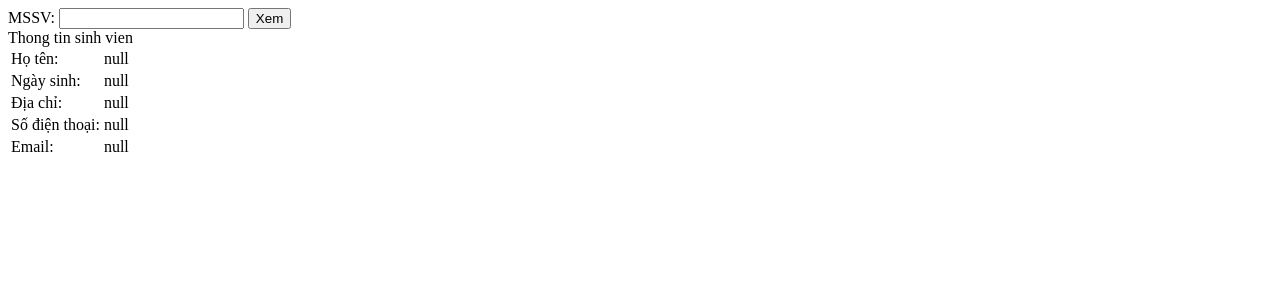
Repository: datntlocalhost/StudenManagerMVC
Page: http://localhost/StudentManagerMVC/view/studenInfo.jsp
These files come from the project's save history. The page is drawn as it stood at one moment and after a run of saves; the edit follows.
The browser window is 1280 px wide. The pictures show the whole page.
The page is served by Tomcat 9. Other server files are loaded and not shown. The template is opened directly, without the code that normally fills it, so the values that code supplies are empty.

Above is the page before, as saved 2018-07-19 10:11:42.

### StudentManagerMVC/WebContent/view/studenInfo.jsp
<%@ page language="java" contentType="text/html; charset=UTF-8"
    pageEncoding="UTF-8"%>
<!DOCTYPE html PUBLIC "-//W3C//DTD HTML 4.01 Transitional//EN" "http://www.w3.org/TR/html4/loose.dtd">
<html>
<head>
<meta http-equiv="Content-Type" content="text/html; charset=UTF-8">
<title>Insert title here</title>
</head>
<body>

  <form action="<%=request.getContextPath()%>/show" method="post">
    <label> MSSV: </label>
    <input type="text" name="mssv">
    <input type="submit" value="Xem" name="submit">
  </form>

  <span>Thong tin sinh vien</span>
  <%
		String err = request.getParameter("err");
		if ("1".equals(err)) {
			out.print("<h4 style=\"color: red;\">Không có sinh viên này.</h4>");
		}
  %>
  <table>
    <tr>
      <td>Họ tên: </td>
      <td><%=request.getAttribute("Name")%></td>
    </tr>
    <tr>
      <td>Ngày sinh: </td>
      <td><%=request.getAttribute("BirthDay")%></td>
    </tr>
    <tr>
      <td>Địa chỉ: </td>
      <td><%=request.getAttribute("Address")%></td>
    </tr>
    <tr>
      <td>Số điện thoại: </td>
      <td><%=request.getAttribute("Phone")%></td>
    </tr>
    <tr>
      <td>Email: </td>
      <td><%=request.getAttribute("Email")%></td>
    </tr>
  </table>
</body>
</html>

After the next 2 saves:
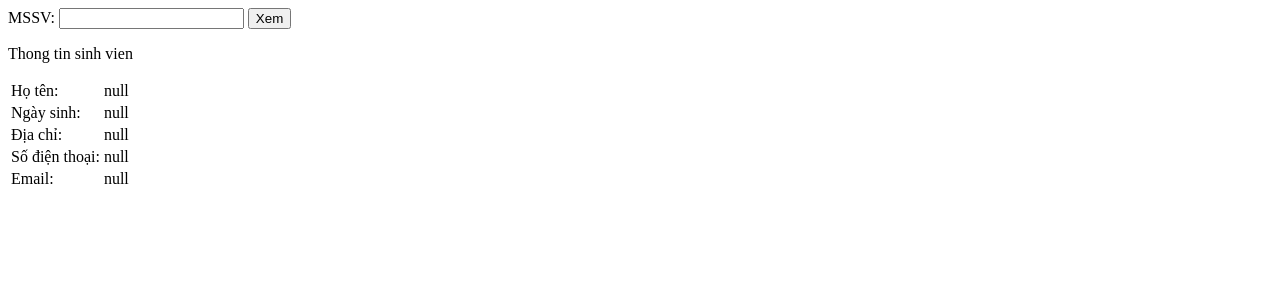
The 2 saves are shown as one change because they came seconds apart.
The last was saved 2 min 17 s later.
--- a/StudentManagerMVC/WebContent/view/studenInfo.jsp
+++ b/StudentManagerMVC/WebContent/view/studenInfo.jsp
@@ -14,7 +14,7 @@
     <input type="submit" value="Xem" name="submit">
   </form>
 
-  <span>Thong tin sinh vien</span>
+  <p>Thong tin sinh vien</p>
   <%
 		String err = request.getParameter("err");
 		if ("1".equals(err)) {
